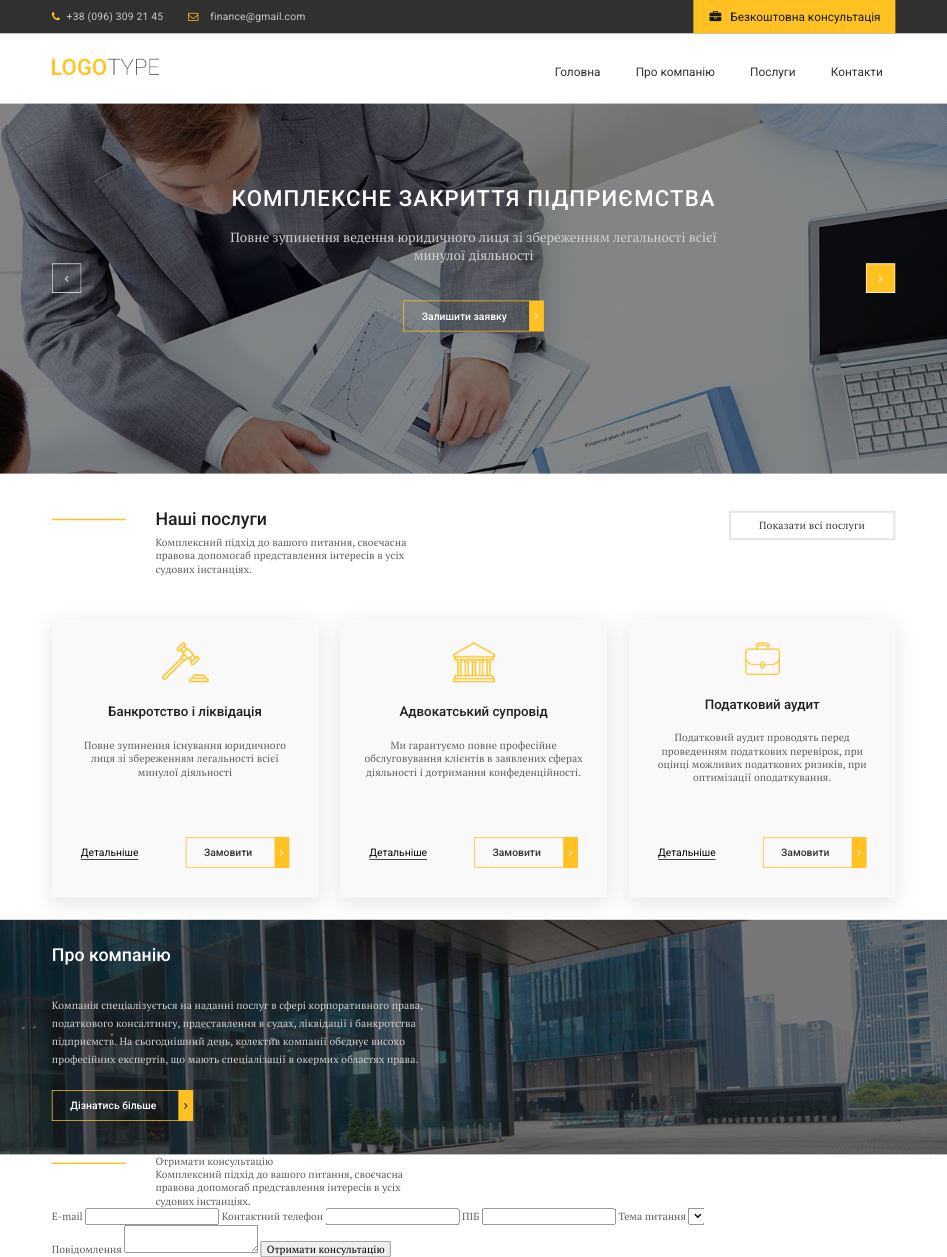
Repository: oliachipko/companysait
Page: index.html
The author's editor kept a copy of each file at every save. The page is drawn from the files as they stood at one save, then again after the next save.
The browser window is 1280 px wide. The pictures show the whole page, at 74% of full size.

Above is the page before, as saved 2020-11-20 02:00:18.

### index.html
<!DOCTYPE html>
<html lang="en">
  <head>
    <meta charset="UTF-8" />
    <meta name="viewport" content="width=device-width, initial-scale=1.0" />
    <title>Document</title>
    <link rel="preconnect" href="https://fonts.gstatic.com" />
    <link href="https://fonts.googleapis.com/css2?family=PT+Serif:wght@400;700&family=Roboto:wght@400;500;700&display=swap"
      rel="stylesheet"/>
    <link rel="stylesheet" href="css/normalize.css" />
    <link rel="stylesheet" href="css/fonts.css" />
    <link rel="stylesheet" href="css/jquery.fancybox.min.css" />
    <link rel="stylesheet" href="css/slick.css" />
    <link rel="stylesheet" href="css/style.css" />
  </head>
  <body>
    <header class="header">
      <div class="header__top">
        <div class="container">
          <div class="header__contacts">
            <a class="header__phone" href="tel:380963092145">+38 (096) 309 21 45</a>
            <a class="header__email" href="#">finance@gmail.com</a>
            <a data-fancybox data-src="#modal" href="javascript:;" href="#" class="header__btn">
              Безкоштовна консультація
            </a>
          </div>
        </div>
      </div>
      <div class="header__content">
        <div class="container">
          <div class="header__content-inner">
            <div class="header__logo">
              <a href="#">
                <img src="img/logo.png" alt="" />
              </a>
            </div>
            <nav class="menu">
              <ul>
                <li><a href="#">Головна</a></li>
                <li><a href="#">Про компанію</a></li>
                <li><a href="#">Послуги</a></li>
                <li><a href="#">Контакти</a></li>
              </ul>
            </nav>
          </div>
        </div>
      </div>
    </header>
    <section class="slider">
      <div class="container">
        <div class="slider__inner">
          <div class="slider__item">
            <div class="slider__item-content">
              <div class="slider__title">КОМПЛЕКСНЕ ЗАКРИТТЯ ПІДПРИЄМСТВА</div>
              <div class="slider__text">
                Повне зупинення ведення юридичного лиця зі збереженням
                легальності всієї минулої діяльності
              </div>
              <a data-fancybox data-src="#modal" href="javascript:;" class="slider__btn default-btn">
                Залишити заявку
              </a>
            </div>
          </div>

          <div class="slider__item">
            <div class="slider__item-content">
              <div class="slider__title">КОМПЛЕКСНЕ ЗАКРИТТЯ ПІДПРИЄМСТВА</div>
              <div class="slider__text">
                Повне зупинення ведення юридичного лиця зі збереженням
                легальності всієї минулої діяльності
              </div>
              <a data-fancybox data-src="#modal" href="javascript:;" class="slider__btn default-btn">
                Залишити заявку
              </a>
            </div>
          </div>

          <div class="slider__item">
            <div class="slider__item-content">
              <div class="slider__title">КОМПЛЕКСНЕ ЗАКРИТТЯ ПІДПРИЄМСТВА</div>
              <div class="slider__text">
                Повне зупинення ведення юридичного лиця зі збереженням
                легальності всієї минулої діяльності
              </div>
              <a data-fancybox data-src="#modal" href="javascript:;"class="slider__btn default-btn">
                Залишити заявку
              </a>
            </div>
          </div>
        </div>
      </div>
    </section>
    <section class="services">
      <div class="container">
        <div class="services__top">
          <div class="services__title-box">
            <div class="services__title">Наші послуги</div>
            <div class="services__text">
              Комплексний підхід до вашого питання, своєчасна правова допомогаб
              представлення інтересів в усіх судових інстанціях.
            </div>
          </div>
          <div class="services__btn">
          <a href="" class="services__btn"> Показати всі послуги </a>
        </div>
      </div>
      <div class="services__items">
        <div class="services__item">
          <img src="img/about-1.png" alt="">
          <div class="services__item-title">
            Банкротство і ліквідація
          </div>
          <div class="services__item-text">
            Повне зупинення існування юридичного лиця зі збереженням легальності всієї
            минулої діяльності
          </div>
          <div class="services__item-btn">
            <a class="services__item-link" href="#">Детальніше</a>
            <a data-fancybox data-src="#modal" href="javascript:;" class="default-btn">
                Замовити
            </a>
          </div>
        </div>

        <div class="services__item">
          <img src="img/about-2.png" alt="">
          <div class="services__item-title">
            Адвокатський супровід
          </div>
          <div class="services__item-text">
            Ми гарантуємо повне професійне обслуговування клієнтів в заявлених сферах
            діяльності і дотримання конфеденційності.
          </div>
          <div class="services__item-btn">
            <a class="services__item-link" href="#">Детальніше</a>
            <a data-fancybox data-src="#modal" href="javascript:;" class="default-btn">
                Замовити
            </a>
          </div>
        </div>

        <div class="services__item">
          <img src="img/about-3.png" alt="">
          <div class="services__item-title">
            Податковий аудит
          </div>
          <div class="services__item-text">
            Податковий аудит проводять перед проведенням податкових перевірок, при оцінці можливих
            податкових ризиків, при оптимізації оподаткування.
          </div>
          <div class="services__item-btn">
            <a class="services__item-link" href="#">Детальніше</a>
            <a data-fancybox data-src="#modal" href="javascript:;" class="default-btn">
                Замовити
            </a>
          </div>
        </div>
      </div>
    </section>
    <section class="about">
      <div class="container">
        <div class="about__inner">
        <div class="about__title">
          Про компанію
        </div>
        <div class="about__text">
          Компанія спеціалізується на наданні послуг в сфері корпоративного права, податкового
          консалтингу, прдеставлення в судах, ліквідації і банкротства підприємств. На
          сьогоднішний день, колектив компанії обєднує
          високо професійних експертів, що мають
          спеціалізації в окермих областях права.

        </div>
        <a  href="#" class="about__btn default-btn">
          Дізнатись більше
      </a>

      </div>
    </div>
    </section>
    <section class="form">
     <div class="container">
       <div class="form__inner">
         <div class="form__content">
          <div class="form__title-box">
            <div class="form__title">
              Отримати консультацію
            </div>
            <div class="form__text">
              Комплексний підхід до вашого питання, своєчасна правова допомогаб
              представлення інтересів в усіх судових інстанціях.
            </div>
          </div>
          <div class="form__box">
            <form>
              <div class="form__box-inner">
                <div class="form__box-left">
                  <label>
                  E-mail
                    <input type="text">
                  </label>
                  <label>
                  Контактний телефон
                    <input type="text">
                  </label>
                  <label>
                  ПІБ
                    <input type="text">
                  </label>
                  <label>
                    Тема питання
                    <select>
                      <option></option>
                      <option></option>
                      <option></option>
                      <option></option>
                    </select>
                  </label>

                </div>
                <div class="form__box-right">
                  <label>
                    Повідомлення
                    <textarea></textarea>
                  </label>
                  <button type="submit">Отримати консультацію</button>
                </div>
              </div>
            </form>
          </div>

         </div>
       </div>
     </div>
    </section>




    <div id="modal">
      <h2>Hello!</h2>
      <p>You are awesome!</p>
    </div>

    <script src="https://ajax.googleapis.com/ajax/libs/jquery/3.5.1/jquery.min.js"></script>
    <script src="js/jquery.fancybox.min.js"></script>
    <script src="js/slick.min.js"></script>
    <script src="js/main.js"></script>
  </body>
</html>

### css/fonts.css
@font-face {
  font-family: 'icomoon';
  src:  url('../fonts/icomoon.eot?nqt5zc');
  src:  url('../fonts/icomoon.eot?nqt5zc#iefix') format('embedded-opentype'),
    url('../fonts/icomoon.ttf?nqt5zc') format('truetype'),
    url('../fonts/icomoon.woff?nqt5zc') format('woff'),
    url('../fonts/icomoon.svg?nqt5zc#icomoon') format('svg');
  font-weight: normal;
  font-style: normal;
  font-display: block;
}

[class^="icon-"], [class*=" icon-"] {
  /* use !important to prevent issues with browser extensions that change fonts */
  font-family: 'icomoon' !important;
  speak: never;
  font-style: normal;
  font-weight: normal;
  font-variant: normal;
  text-transform: none;
  line-height: 1;

  /* Better Font Rendering =========== */
  -webkit-font-smoothing: antialiased;
  -moz-osx-font-smoothing: grayscale;
}

.icon-envelope-o:before {
  content: "\f003";
}
.icon-check:before {
  content: "\f00c";
}
.icon-map-marker:before {
  content: "\f041";
}
.icon-phone:before {
  content: "\f095";
}
.icon-briefcase:before {
  content: "\f0b1";
}
.icon-bars:before {
  content: "\f0c9";
}
.icon-navicon:before {
  content: "\f0c9";
}
.icon-reorder:before {
  content: "\f0c9";
}
.icon-angle-left:before {
  content: "\f104";
}
.icon-angle-right:before {
  content: "\f105";
}
.icon-quote-left:before {
  content: "\f10d";
}
.icon-quote-right:before {
  content: "\f10e";
}
.icon-ellipsis-v:before {
  content: "\f142";
}

### css/style.css
* {
    box-sizing: border-box;
}

a{
    text-decoration: none;
    display: inline-block;
}

ul,
li{
    list-style: none;
    margin: 0;
    padding: 0;
}
.container{
    max-width: 1170px;
    margin: 0 auto;
    padding: 0 15px;
}

body{
    font-family: 'PT Serif', serif;
    /*font-family: 'Roboto', sans-serif;*/
    font-weight: 400px;
    font-size: 14px;
    line-height: 18px;
    color: #5e5e5e;

}
header {
    font-family: 'Roboto', sans-serif;
}
.header__top{
   background-color: #303030;
}
.header__btn {
    float: right;
    line-height: 36px;
    color: #1b1b1b;
    background-color: #ffc222;
    padding: 5px 20px 4px 50px;
    font-size: 16px;
    position: relative;
}
.header__btn:before {
    content: "\f0b1";
    font-family: 'icomoon';
    position: absolute;
    left: 22px;
    color: #1b1b1b;
}
.header__contacts:after {
    content: "";
    clear: both;
    display: block;
}
.header__phone,
.header__email {
    color:#cbcacb;
    letter-spacing: 0.25px;
    line-height: 45px;
    position: relative;
}
.header__phone {
    padding-left: 20px;
    padding-right: 30px;
}
.header__phone:before {
    content: "\f095";
    font-family: 'icomoon';
    position: absolute;
    left: 0;
    color: #ffc222;
}
.header__email{
    padding-left: 30px;
}
.header__email:before {
    content: "\f003";
    font-family: 'icomoon';
    position: absolute;
    left: 0;
    color: #ffc222;
}
.header__content {
    padding: 34px 0px 23px;
}
.header__content-inner{
    display: flex;
    justify-content: space-between;
}
.menu li {
    display: inline-block;
}
.menu a{
    color: #323232;
    font-size: 16px;
    line-height: 36px;
    border: 1px solid transparent;
    padding: 0px 16px;
    transition: all .3s;
}
.menu a:hover {
    border-color: #ffc222;
}
.menu li + li{
    padding-left: 10px;
}
#modal {
    display: none;
}
.slider{
    background-image: url(../img/slider-fon.jpg);
    background-repeat: no-repeat;
    background-size: cover;
    background-position: center;
    min-height: 500px;
}
.slider__item-content{
    text-align: center;
    padding-top: 110px;
    max-width: 665px;
    margin: 0 auto;
}
.slider__title{
    text-transform: uppercase;
    font-size: 30px;
    line-height: 36px;
    color: white;
    font-weight: 500;
    letter-spacing: 1.5px;
    margin-bottom: 22px;
    font-family: 'Roboto', sans-serif;
}
.slider__text{
    line-height: 24px;
    font-size: 18px;
    color: #d3d2d2;
    margin-bottom: 50px;
}

.default-btn {
    display: inline-block;
    color: white;
    font-size: 14px;
    line-height: 24px;
    font-weight: 500;
    font-family: 'Roboto', sans-serif;
    padding: 8px 30px 8px 24px;
    border: 1px solid #ffc222;
    border-right-width: 20px;
    position: relative;
    z-index: 2;
    outline: none;
}
.default-btn:after {
    content: "\f105";
    font-family: 'icomoon';
    position: absolute;
    top: 50%;
    transform: translateY(-50%);
    right: -12px;
}


.slider__inner {
    position: relative;
}
.slick-btn {
    position: absolute;
    top: 70%;
    z-index: 3;
    width: 40px;
    height: 40px;
    border: 1px solid white;
    cursor: pointer;
    outline: none;
    background-color: #ffc222;
}
.slick-btn.slick-disabled {
    cursor: default;
    background-color: transparent;

}
.slick-btn:before{
    position: absolute;
    top: 50%;
    left: 50%;
    transform: translate(-50%, -50%);
    font-family: 'icomoon';
    color: white;

}
.slick-next:before{
    content: "\f105";
}
.slick-prev:before {
    content: "\f104";
}
.slick-next{
    right: 0;
}
.slick-prev{
    left: 0;
}
.services {
    padding: 50px 0px 30px;
}
.services__top{
    display: flex;
    justify-content: space-between;
    margin-bottom: 60px;
}
.services__title-box,
.form__title-box{
    max-width: 520px;
    padding-left: 140px;
    position: relative;
}
.services__title-box:before,
.form__title-box:before {
    content: "";
    position: absolute;
    width: 100px;
    height: 2px;
    background-color: #ffc222;
    left: 0;
    top: 11px;
}
.services__title{
    font-size: 24px;
    font-weight: 500;
    line-height: 24px;
    color: #212020;
    font-family: 'Roboto', sans-serif;
    margin-bottom: 10px;
}
.services__text{
    letter-spacing: 0.1px;
}
.services__btn a{
    color: #373636;
    line-height: 24px;
    letter-spacing: 0.25px;
    padding: 5px 38px;
    border: 3px solid #e6e6e6;
}
.services__items {
    display: flex;
    justify-content: space-between ;
}
.services__item {
    max-width: 360px;
    text-align: center;
    padding: 30px 0px 80px;
    position: relative;
    min-height: 375px;
    background-color: #f9f9f9;
    box-shadow: 0px 7px 24.3px 2.7px rgba(91, 89, 89, 0.14);
}
.services__item-title{
    color: #212020;
    font-size: 18px;
    line-height: 24px;
    font-weight: 500;
    font-family: 'Roboto', sans-serif;
    padding: 24px 0;
}
.services__item-text{
    letter-spacing: 0.1px;
    padding: 0px 30px 30px;
}
.services__item-btn {
    position: absolute;
    bottom: 40px;
    left: 0;
    right: 0;
}
.services__item-btn .default-btn {
    color: #373636;

}
.services__item-btn .default-btn:after {
    color: #ffffff;
}
.services__item-link{
    color: #050505;
    font-family: 'Roboto', sans-serif;
    border-bottom: 1px solid #050505 ;
    margin-right: 60px;
}
.about {
    background-image: url(../img/about-fon.jpg);
    background-size: cover;
    background-position: center;
    min-height: 300px;
    background-repeat: no-repeat;
    padding: 25px 0px 45px;

}
.about__inner{
    max-width: 545px;
}
.about__title{
    padding: 10px 0px 25px;
    margin-bottom: 20px;
    font-size: 24px;
    line-height: 24px;
    color: #fff;
    font-weight: 500;
    font-family: 'Roboto', sans-serif;
}
.about__text {
    margin-bottom: 30px;
    letter-spacing: 0.1px;
    line-height: 24px;
    color: #d3d2d2;
}
.about__btn.default-btn:after {
    color: #000;
}

### js/main.js
$(function(){

$('.slider__inner').slick({
    nextArrow: '<button type="button" class="slick-btn slick-next"></button>',
    prevArrow: '<button type="button" class="slick-btn slick-prev"></button>',
    infinite: false

});


});

Loaded but not shown: css/normalize.css (library); css/jquery.fancybox.min.css (library); css/slick.css (common file); js/jquery.fancybox.min.js (library); js/slick.min.js (library)

After the next save:
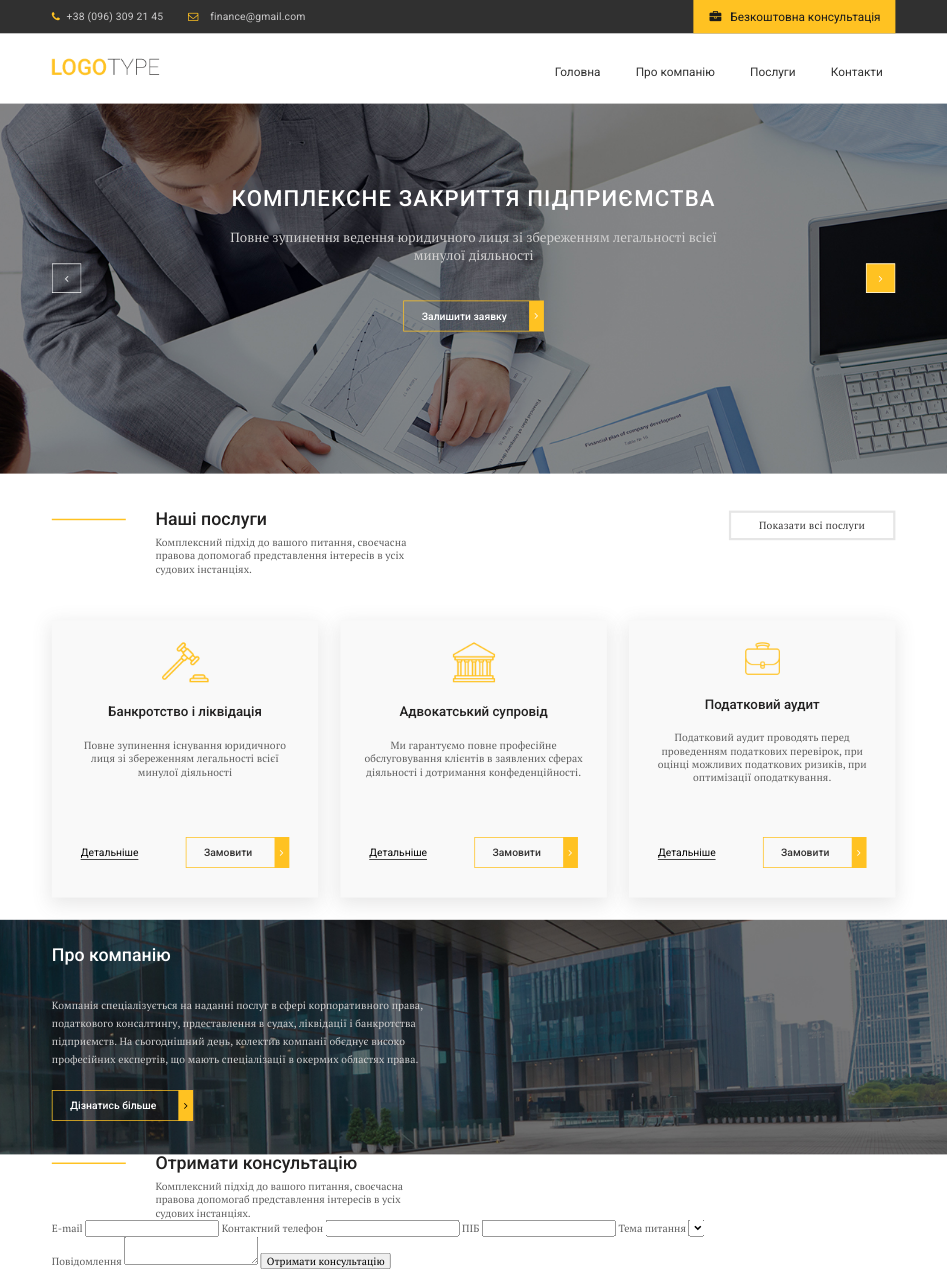
Saved 10 min 29 s later.
--- a/css/style.css
+++ b/css/style.css
@@ -228,7 +228,8 @@ header {
     left: 0;
     top: 11px;
 }
-.services__title{
+.services__title,
+.form__title{
     font-size: 24px;
     font-weight: 500;
     line-height: 24px;
